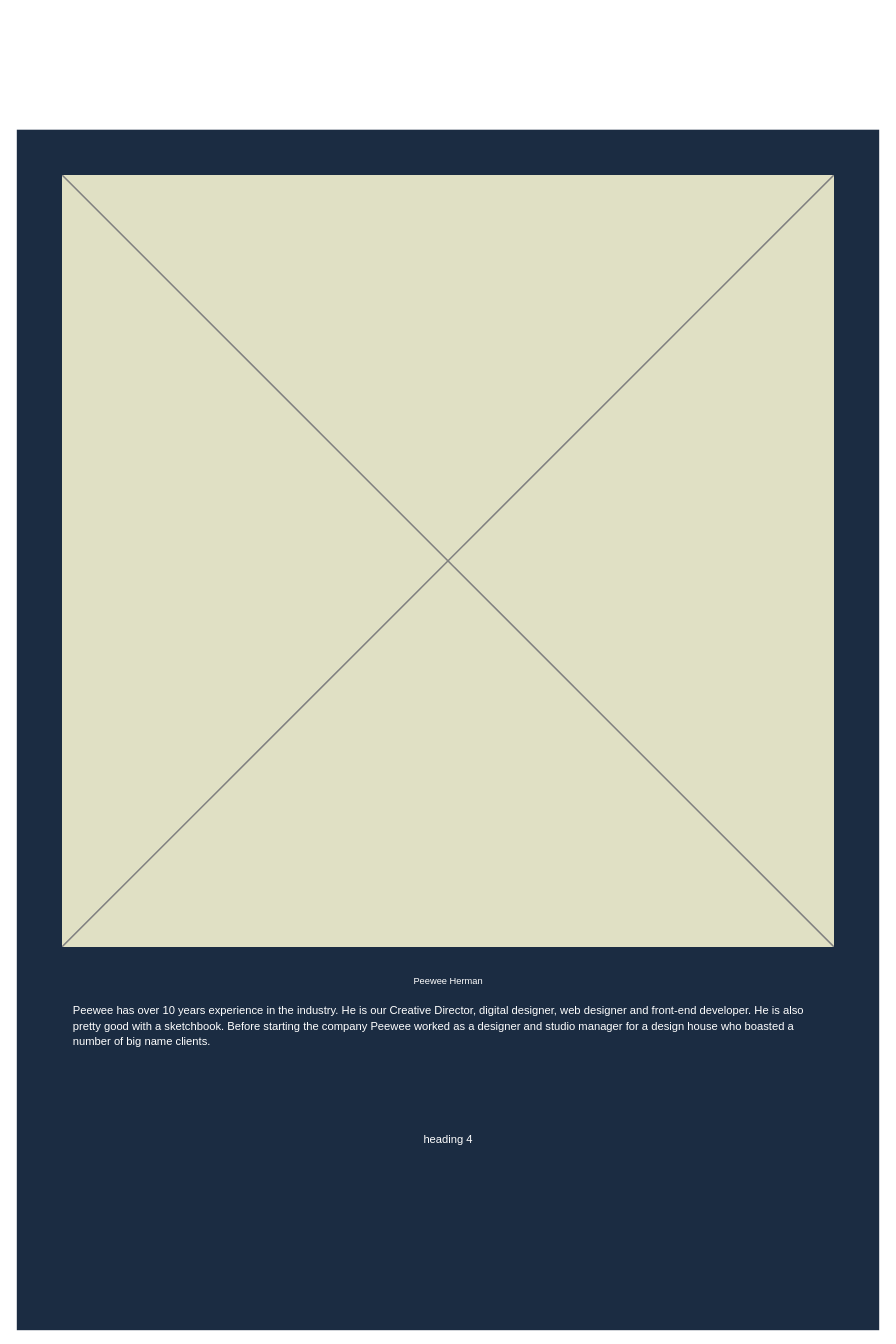
Repository: MonicaNguyenH/LAB-02A-Project1
Page: index.html
These files come from the project's save history. The page is drawn as it stood at one moment and after the next save; the edit follows.
The browser window is 1280 px wide. The pictures show the part of the page from y = 2095 to 4015 px (the page is 4020 px tall before and 3304 px after), at 70% of full size.

Above is the page before, as saved 2024-02-06 18:16:50.

### index.html
<!doctype html>
<html class="no-js" lang="EN">

    <head>
        <meta charset="utf-8">
        <meta name="viewport" content="width=device-width, initial-scale=1">
        <title>Jumi - Tina - Monica  LAB-02A</title>
        <link rel="stylesheet" href="css/style.css">
        <meta name="description" content="">

        <meta property="og:title" content="">
        <meta property="og:type" content="">
        <meta property="og:url" content="">
        <meta property="og:image" content="">

        <link rel="icon" href="/favicon.ico" sizes="any">
        <link rel="icon" href="/icon.svg" type="image/svg+xml">
        <link rel="apple-touch-icon" href="icon.png">

        <link rel="manifest" href="site.webmanifest">
        <meta name="theme-color" content="#fafafa">
    </head>
    <body>
            <div className="row">
                <header class="headerContainer">
                    <div class="navigationBar">
                        <div class="logo"></div>
                        <div class="menuContainer">
                            <div class="menuComponent"></div>
                            <div class="menuComponent"></div>
                            <div class="menuComponent"></div>
                            <div class="menuComponent"></div>
                            <div class="menuComponent"></div>
                    </div>
                    <div class="carouselContainer"></div>
            </header>
            <main class="mainContainer">
                <div class="headingContainer">
                    <h1 class="headingOne">heading 1</h1>
                </div>
                <!--can be called serviceContainer-->
                <div class="infoContainer">
                    <div class="infoTitle">
                        <h2 class="headingTwo">heading 2</h2> <!--section intro heading-->
                        <h4 class="headingFour">heading 4</h4> <!--section intro subheading-->
                    </div>
                    <!--can be called sectionItem-->
                    <div class="infoBox"></div>
                    <div class="infoBox"></div>
                    <div class="infoBox"></div>
                    <div class="infoBox"></div>
                </div>
                <div class="imageContainer">
                    <div class="imageTitle">
                        <h2 class="headingTwo">heading 2</h2>
                        <h4 class="headingFour">heading 4</h4>
                    </div>
                    <div class="imageBox"></div>
                    <div class="imageBox"></div>
                    <div class="imageBox"></div>
                </div>
                <div class="projectContainer">
                    <div class="projectTitle">
                        <h2 class="headingTwo">heading 2</h2>
                        <h4 class="headingFour">heading 4</h4>
                    </div>
                    <div class="projectBox"></div>
                    <div class="projectBox"></div>
                    <div class="projectBox"></div>
                    <div class="projectBox"></div>
                    <div class="projectBox"></div>
                </div>
                <div class="accordionContainer">
                    <div class="accordionTitle">
                        <h2 class="headingTwo">heading 2</h2>
                        <h4 class="headingFour">heading 4</h4>
                    </div>
                    <div class="accordionMenu"></div>
                    <div class="accordionTab"></div>
                </div>
                <div class="sponsorshipContainer ">
                    <div class="sponsor"></div>
                    <div class="sponsor"></div>
                    <div class="sponsor"></div>
                    <div class="sponsor"></div>
                    <div class="sponsor"></div>
                </div>
            </main>
            <footer class="footerContainer">
                <div class="row s-col-1 m-col-2 l-col-4">
                    <div class="col row-span">
                        <div class="grid s-col-2 col-2 ">
                            <img src="img/placeholder.svg" alt="placeholder image"/>
                            <div class="">
                                <h5 class="headingFive">Peewee Herman</h5>
                                <p>Peewee has over 10 years experience in the industry. He is our Creative Director, digital designer, web designer and front-end developer. He is also pretty good with a sketchbook. Before starting the company Peewee worked as a designer and studio manager for a design house who boasted a number of big name clients.</p>
                            </div>
                        </div>
                    </div>
                    <div class="footerBox">
                        <h4 class="headingFour">heading 4</h4>
                    </div>
                    <div class="footerBox"></div>
                    <div class="footerBox"></div>
                    <div class="footerBox"></div>
                </div>
            </footer>
        </div>
    </body>


</html>

<!--
    - BEM
    - use instead of articleContainer - article
    - aricleItem
    - carouselSlide
    - never number stuff
    - naming convention is to reuse them as much as possible
    - dry - dont repeat yourself
    - avoid using straight width - height

-->

### css/style.css
:root {
    font-size: 1em;
    line-height: 1.4;
    color: var(--black);
    font-family: Helvetica, sans-serif;

    --dark-blue: #1B2C42;
    --white: #fff;
    --black: black;
    --blue: #56CBF9;
    --green: #ACECA1;
    --yellow: #F5D491;
    --pink: #F17EA6;
 }

audio,
canvas,
iframe,
img,
svg,
video {
    vertical-align: middle;
}

fieldset {
    border: 0;
    margin: 0;
    padding: 0;
}

textarea {
    resize: vertical;
}

img {
    width: 100%;
}

h1,
h2,
h3,
h4,
h5,
h6 {
    font-family: Arial, Helvetica, sans-serif;
    font-weight: 300;
    text-align: center;
}

p {
    font-family: Arial, Helvetica, sans-serif;
}

div,
main,
section,
footer,
header {
    min-height: 1rem;
    padding: 1rem;
}

/**core layout**/
.row {
    display: grid;
    row-gap: 1rem;
    margin: auto;
}

.col {
    position: relative;
}

/********************STYLING********************/
.footerContainer {
    background-color: var(--dark-blue);
    color: var(--white);
}

/* Small only */
@media screen and (max-width: 39.9375em) {
    s-col-1 {
        grid-template-columns: 1fr;
    }

    s-col-2 {
        grid-template-columns: 1fr 1fr;
    }

    col-2 {
        grid-template-columns: 1fr 1fr;
    }
}
/* Medium and up */
@media screen and (min-width: 40em) {
    m-col-2 {
        grid-template-columns: 1fr 1fr;
    }
}
/* Medium only */
@media screen and (min-width: 40em) and
(max-width: 63.9375em) {}
/* Large and up */
@media screen and (min-width: 64em) {
    l-col-2 {
        grid-template-columns: repeat(4, 1fr);
    }
}
/* Large only */
@media screen and (min-width: 64em) and
(max-width: 74.9375em) {}

After the next save:
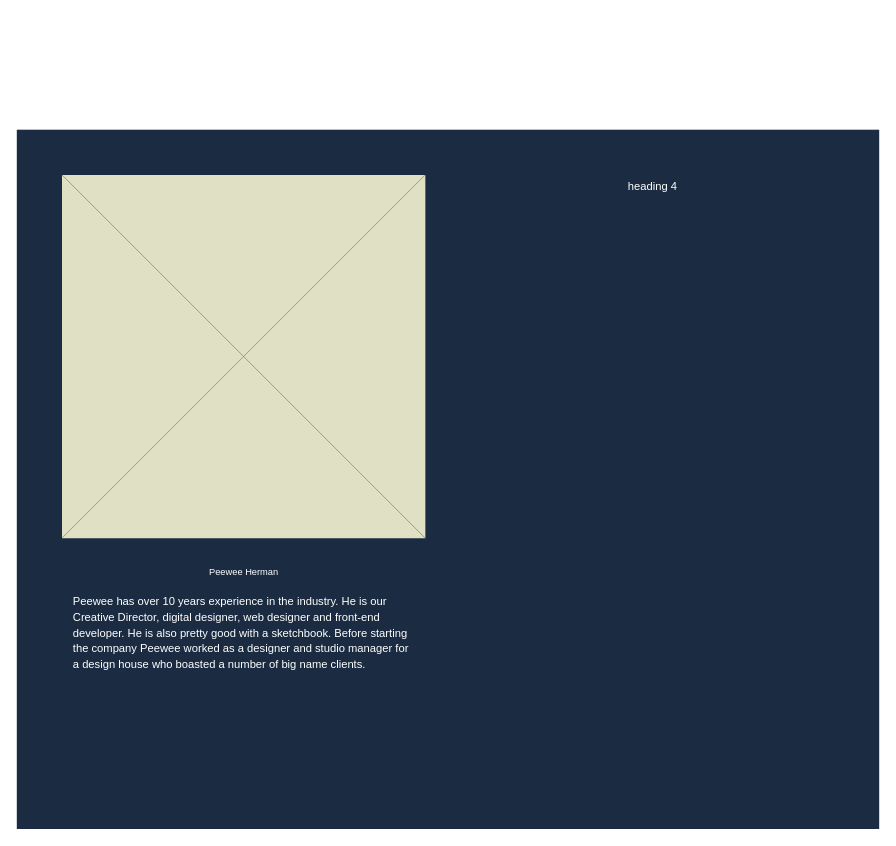
Saved 31 s later.
--- a/css/style.css
+++ b/css/style.css
@@ -79,21 +79,21 @@
 
 /* Small only */
 @media screen and (max-width: 39.9375em) {
-    s-col-1 {
+    .s-col-1 {
         grid-template-columns: 1fr;
     }
 
-    s-col-2 {
+    .s-col-2 {
         grid-template-columns: 1fr 1fr;
     }
 
-    col-2 {
+    .col-2 {
         grid-template-columns: 1fr 1fr;
     }
 }
 /* Medium and up */
 @media screen and (min-width: 40em) {
-    m-col-2 {
+    .m-col-2 {
         grid-template-columns: 1fr 1fr;
     }
 }
@@ -102,7 +102,7 @@
 (max-width: 63.9375em) {}
 /* Large and up */
 @media screen and (min-width: 64em) {
-    l-col-2 {
+    .l-col-2 {
         grid-template-columns: repeat(4, 1fr);
     }
 }
